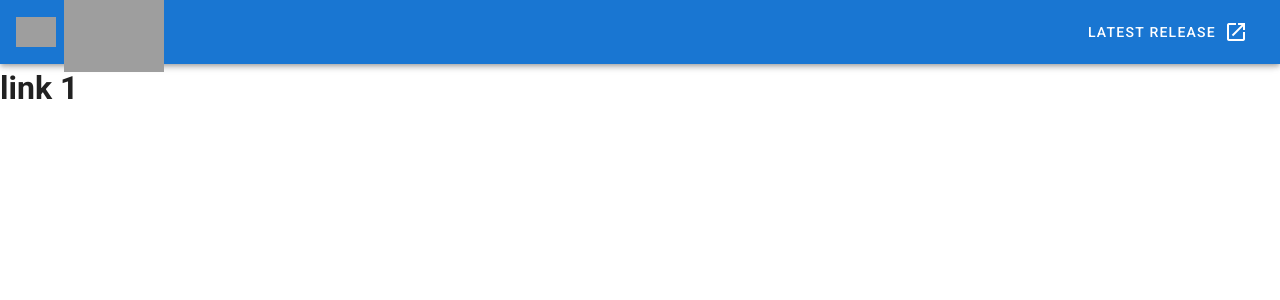
Repository: jeffersontads/project-vuejs
Page: /
The author's editor kept a copy of each file at every save. The page is drawn from the files as they stood at one save, then again after the next save.
The browser window is 1280 px wide. The pictures show the whole page.
Pictures or frames that could not be fetched are drawn as grey boxes. The project was rebuilt for these pictures with package versions that can differ from the ones it lists, and the page was loaded fresh each time. Also part of the build but not shown: vue.config.js, src/components/HelloWorld.vue, src/views/Home.vue.

Above is the page before, as saved 2021-10-29 14:27:35.

### src/main.js
import Vue from 'vue'
import App from './App.vue'
import './registerServiceWorker'
import router from './router'
import store from './store'
import vuetify from './plugins/vuetify'

import axios from 'axios'
import VueAxios from 'vue-axios'

Vue.use(VueAxios, axios)


// Agregamos la URL base de nuestra API
axios.defaults.baseURL = 'http://fozbike.local/wp-json/';

Vue.config.productionTip = false

new Vue({
  router,
  store,
  vuetify,
  render: h => h(App)
}).$mount('#app')

### src/App.vue
<template>
  <v-app>
    <v-app-bar
      app
      color="primary"
      dark
    >
      <div class="d-flex align-center">
        <v-img
          alt="Vuetify Logo"
          class="shrink mr-2"
          contain
          src="https://cdn.vuetifyjs.com/images/logos/vuetify-logo-dark.png"
          transition="scale-transition"
          width="40"
        />

        <v-img
          alt="Vuetify Name"
          class="shrink mt-1 hidden-sm-and-down"
          contain
          min-width="100"
          src="https://cdn.vuetifyjs.com/images/logos/vuetify-name-dark.png"
          width="100"
        />
      </div>

      <v-spacer></v-spacer>

      <v-btn
        href="https://github.com/vuetifyjs/vuetify/releases/latest"
        target="_blank"
        text
      >
        <span class="mr-2">Latest Release</span>
        <v-icon>mdi-open-in-new</v-icon>
      </v-btn>
    </v-app-bar>

    <v-main>
     <h1>link 1</h1>
    </v-main>
  </v-app>
</template>

<script>

export default {
  name: 'App',

  data: () => ({
    //
  }),
};
</script>

### src/router/index.js
import Vue from 'vue'
import VueRouter from 'vue-router'
import Home from '../views/Home.vue'

Vue.use(VueRouter)

const routes = [
  {
    path: '/',
    name: 'Home',
    component: Home
  },
  {
    path: '/about',
    name: 'About',
    component: () => import(/* webpackChunkName: "about" */ '../views/About.vue')
  },
  {
    path: '/crud',
    name: 'crud',
    component: () => import(/* webpackChunkName: "about" */ '../views/Crud.vue')
  }
]

const router = new VueRouter({
  routes
})


export default router

Loaded but not shown: public/index.html (common file); src/registerServiceWorker.js (common file); src/store/index.js (common file); src/plugins/vuetify.js (common file)

After the next save:
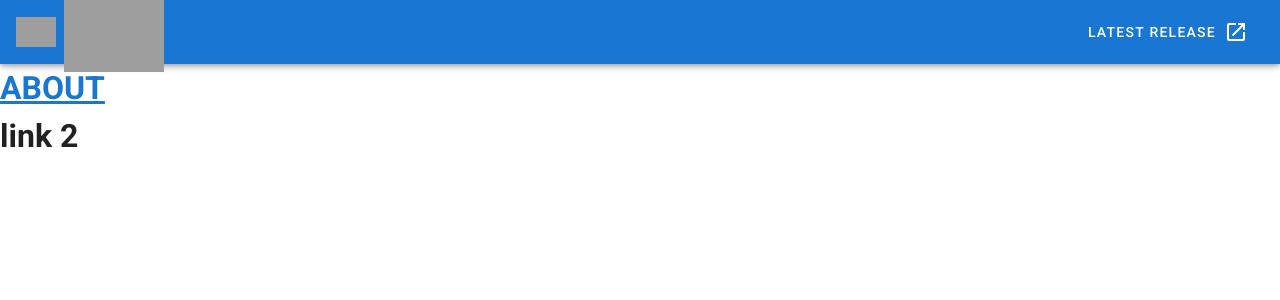
Saved 57 s later.
--- a/src/App.vue
+++ b/src/App.vue
@@ -38,7 +38,8 @@
     </v-app-bar>
 
     <v-main>
-     <h1>link 1</h1>
+     <router-link to="/about"><h1>ABOUT</h1></router-link>
+     <h1>link 2</h1>
     </v-main>
   </v-app>
 </template>
